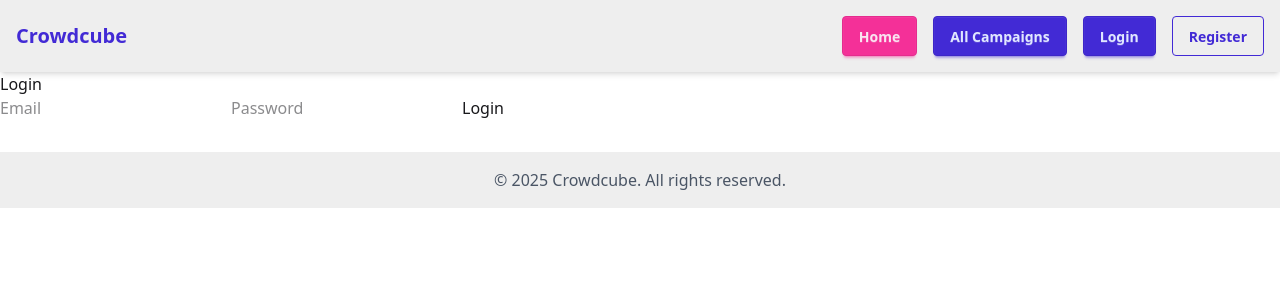
Repository: Aminul-Islam85/crowd-client
Page: /login
These files come from the project's save history. The page is drawn as it stood at one moment and after the next save; the edit follows.
The browser window is 1280 px wide. The pictures show the whole page.
The project was rebuilt for these pictures with package versions that can differ from the ones it lists, and the page was loaded fresh each time. Also part of the build but not shown: vite.config.js, src/pages/Home.jsx, src/pages/auth/Register.jsx, src/pages/AddCampaign.jsx, src/pages/Campaigns.jsx, src/pages/CampaignDetails.jsx, src/pages/MyDonations.jsx, src/pages/MyCampaigns.jsx. Imported but missing from the stored project, and not drawn on this page: src/pages/NotFound.

Above is the page before, as saved 2025-03-18 18:13:44.

After the next save:
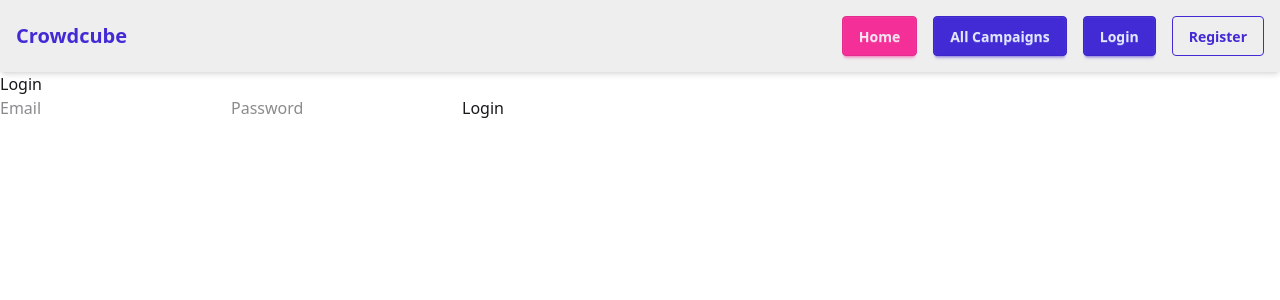
Saved 22 s later.
--- a/src/App.jsx
+++ b/src/App.jsx
@@ -1,6 +1,5 @@
 import { BrowserRouter as Router, Routes, Route, Navigate, useLocation } from "react-router-dom";
 import Navbar from "./components/Navbar";
-import Footer from "./components/Footer";  // ✅ Import Footer
 import { useAuthState } from "react-firebase-hooks/auth";
 import { auth } from "./config/firebase";
 import { AuthProvider } from "./context/AuthContext";
@@ -13,20 +12,25 @@ import Campaigns from "./pages/Campaigns";
 import CampaignDetails from "./pages/CampaignDetails";
 import MyDonations from "./pages/MyDonations";
 import MyCampaigns from "./pages/MyCampaigns";
-import NotFound from "./pages/NotFound"; // ✅ Import 404 Page
+
+
 
 const PrivateRoute = ({ children }) => {
   const [user] = useAuthState(auth);
   const location = useLocation();
-  return user ? children : <Navigate to="/login" state={{ from: location }} replace />;
+
+  return user ? (
+    children
+  ) : (
+    <Navigate to="/login" state={{ from: location }} replace />
+  );
 };
 
 function App() {
   return (
     <AuthProvider>
       <Router>
-        <Navbar /> {/* ✅ Navbar remains on all pages */}
-
+      <Navbar />
         <Routes>
           <Route path="/" element={<Home />} />
           <Route path="/login" element={<Login />} />
@@ -36,20 +40,11 @@ function App() {
           <Route path="/campaigns/:id" element={<CampaignDetails />} />
           <Route path="/my-donations" element={<PrivateRoute><MyDonations /></PrivateRoute>} />
           <Route path="/my-campaigns" element={<PrivateRoute><MyCampaigns /></PrivateRoute>} />
-          <Route path="*" element={<NotFound />} /> {/* ✅ 404 Page */}
+
         </Routes>
-
-        {/* ✅ Show Footer on all pages except 404 */}
-        <FooterWrapper />
-      </Router>
+    </Router>
     </AuthProvider>
   );
 }
 
-// ✅ Helper function to conditionally show the Footer
-const FooterWrapper = () => {
-  const location = useLocation();
-  return location.pathname !== "*" ? <Footer /> : null;
-};
-
 export default App;
